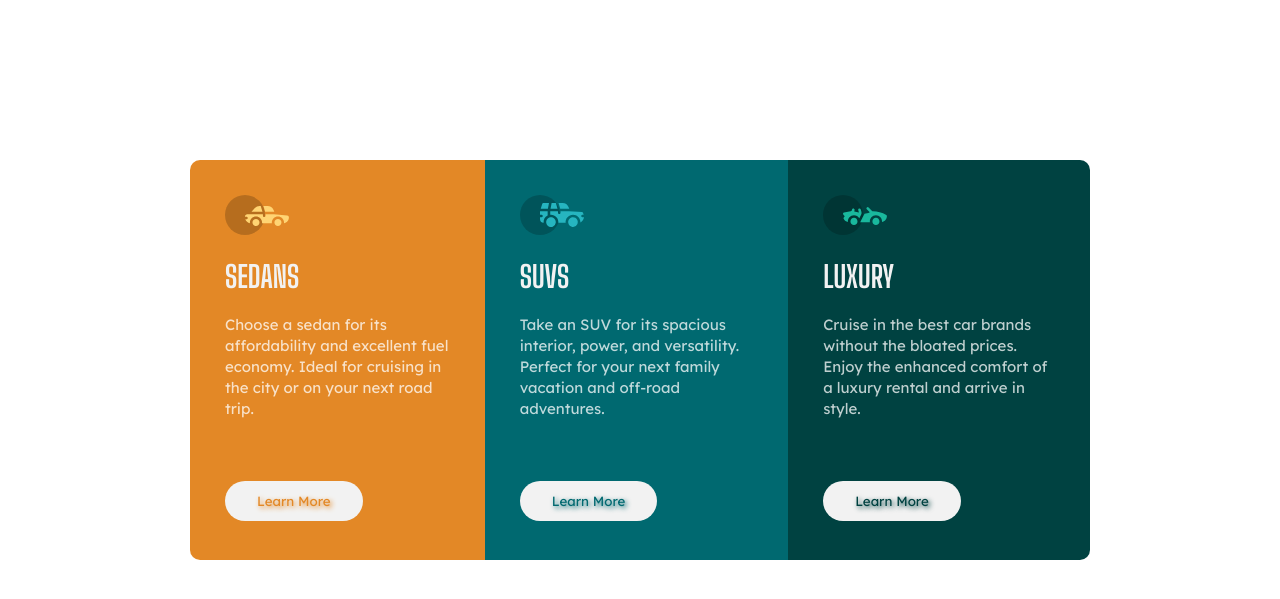
Repository: thaibaocoder1/3-column-card
Page: index.html
These files come from the project's save history. The page is drawn as it stood at one moment and after the next save; the edit follows.
The browser window is 1280 px wide. The pictures show the whole page.

Above is the page before, as saved 2023-01-11 21:16:38.

### index.html
<!DOCTYPE html>
<html lang="en">
<head>
  <meta charset="UTF-8">
  <meta name="viewport" content="width=device-width, initial-scale=1.0">
  <link rel="icon" type="image/png" sizes="32x32" href="./images/favicon-32x32.png">
  <title>Frontend Mentor | 3-column preview card component</title>
  <link rel="preconnect" href="https://fonts.googleapis.com">
  <link rel="preconnect" href="https://fonts.gstatic.com" crossorigin>
  <link href="https://fonts.googleapis.com/css2?family=Big+Shoulders+Display:wght@700&family=Lexend+Deca&display=swap" rel="stylesheet">
  <link rel="stylesheet" href="./styles.css">
</head>
<body>

  <main class="container">
    <div class="container__box container__box--one">
      <img src="./images/icon-sedans.svg" alt="" class="container--image">
      <h1 class="container--heading">Sedans</h1>
      <p class="container--content">
        Choose a sedan for its affordability and excellent fuel economy. Ideal for cruising in the city
        or on your next road trip.
      </p>
      <button class="container--btn container--btn-one">Learn More</button>
    </div>

    <div class="container__box container__box--two">
      <img src="./images/icon-suvs.svg" alt="" class="container--image">
      <h1 class="container--heading">Suvs</h1>
      <p class="container--content">
        Take an SUV for its spacious interior, power, and versatility. Perfect for your next family vacation
        and off-road adventures.
      </p>
      <button class="container--btn container--btn-two">Learn More</button>
    </div>

    <div class="container__box container__box--three">
      <img src="./images/icon-luxury.svg" alt="" class="container--image">
      <h1 class="container--heading">Luxury</h1>
      <p class="container--content">
        Cruise in the best car brands without the bloated prices. Enjoy the enhanced comfort of a luxury
        rental and arrive in style.
      </p>
      <button class="container--btn container--btn-three">Learn More</button>
    </div>
  </main>


</body>
</html>

### styles.css
* {
    margin: 0;
    padding: 0;
    box-sizing: border-box;
}
html {
    font-size: 62.5%;
}
body {
    text-rendering: optimizeLegibility;
    scroll-behavior: smooth;
    font-family: 'Big Shoulders Display', cursive;
    font-family: 'Lexend Deca', sans-serif;
    display: flex;
    align-items: center;
    justify-content: center;
    min-height: calc(100vh - 1px);
}
:root {
    --bright-orange: hsl(31, 77%, 52%);
    --dark-cyan: hsl(184, 100%, 22%);
    --very-dark-cyan: hsl(179, 100%, 13%);
    --white-p:  hsla(0, 0%, 100%, 0.75);
    --light-gray: hsl(0, 0%, 95%);
}
.container {
    max-width: 90rem;
    height: 40rem;
    margin: 0 auto;
    display: flex;
    align-items: stretch;
    justify-content: center;
}
.container .container__box {
    padding: 3.5rem;
}
.container .container__box--one {
    background-color: var(--bright-orange);
    border-radius: 1rem 0 0 1rem;
}
.container .container__box--two {
    background-color: var(--dark-cyan);
}
.container .container__box--three {
    background-color: var(--very-dark-cyan);
    border-radius: 0 1rem 1rem 0;
}
.container__box .container--heading {
    color: var(--light-gray);
    font-family: 'Big Shoulders Display', cursive;
    text-transform: uppercase;
    font-size: 3rem;
    margin: 2rem 0;
    font-weight: 500;
}
.container__box .container--content {
    color: var(--white-p);
    margin-bottom: 6.2rem;
    font-size: 1.5rem;
    line-height: 1.4;
}
.container__box .container--btn {
    padding: 1.2rem 3.2rem;
    border: none;
    border-radius: 2rem;
    background-color: var(--light-gray);
    cursor: pointer;
    transition: all 0.25s linear;
}
.container__box .container--btn-one {
    color: var(--bright-orange);
    font-family: 'Lexend Deca', sans-serif;
    font-weight: 500;
    text-shadow: 2px 2px 5px var(--bright-orange);
}
.container__box .container--btn-two {
    color: var(--dark-cyan);
    font-family: 'Lexend Deca', sans-serif;
    font-weight: 500;
    text-shadow: 2px 2px 5px var(--dark-cyan);
}
.container__box .container--btn-three {
    color: var(--very-dark-cyan);
    font-family: 'Lexend Deca', sans-serif;
    font-weight: 500;
    text-shadow: 2px 2px 5px var(--very-dark-cyan);
}
.container__box .container--btn:hover {
    background-color: transparent;
    color: #fff;
}

After the next save:
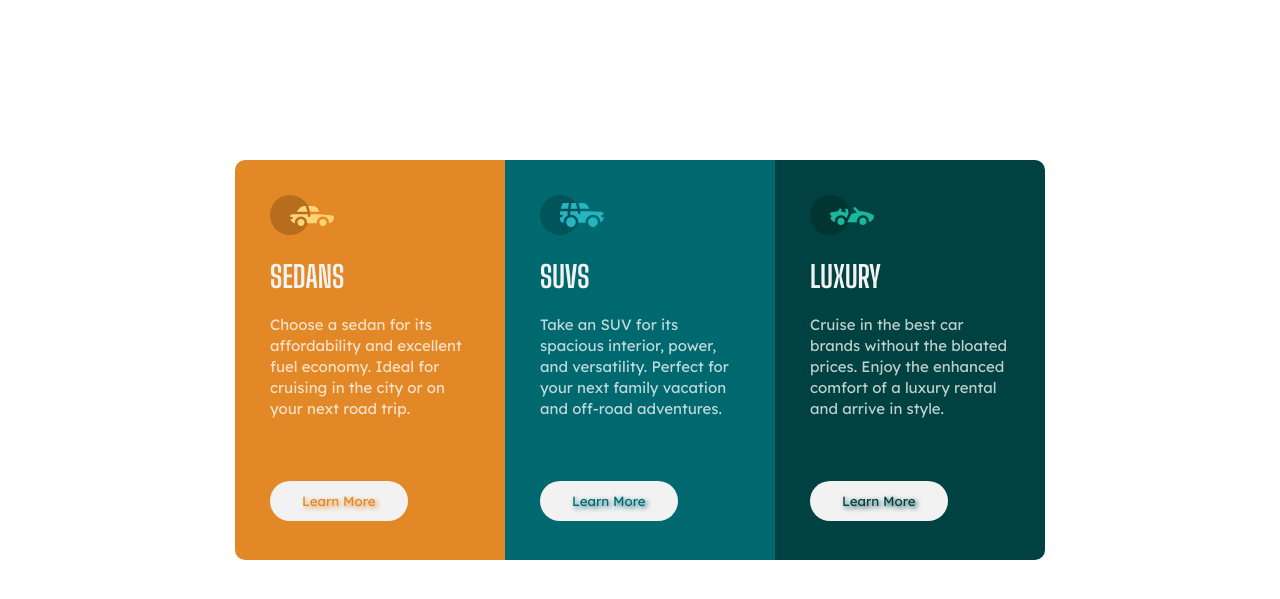
Saved 43 s later.
--- a/styles.css
+++ b/styles.css
@@ -33,6 +33,7 @@ body {
 }
 .container .container__box {
     padding: 3.5rem;
+    flex-basis: 30%;
 }
 .container .container__box--one {
     background-color: var(--bright-orange);
